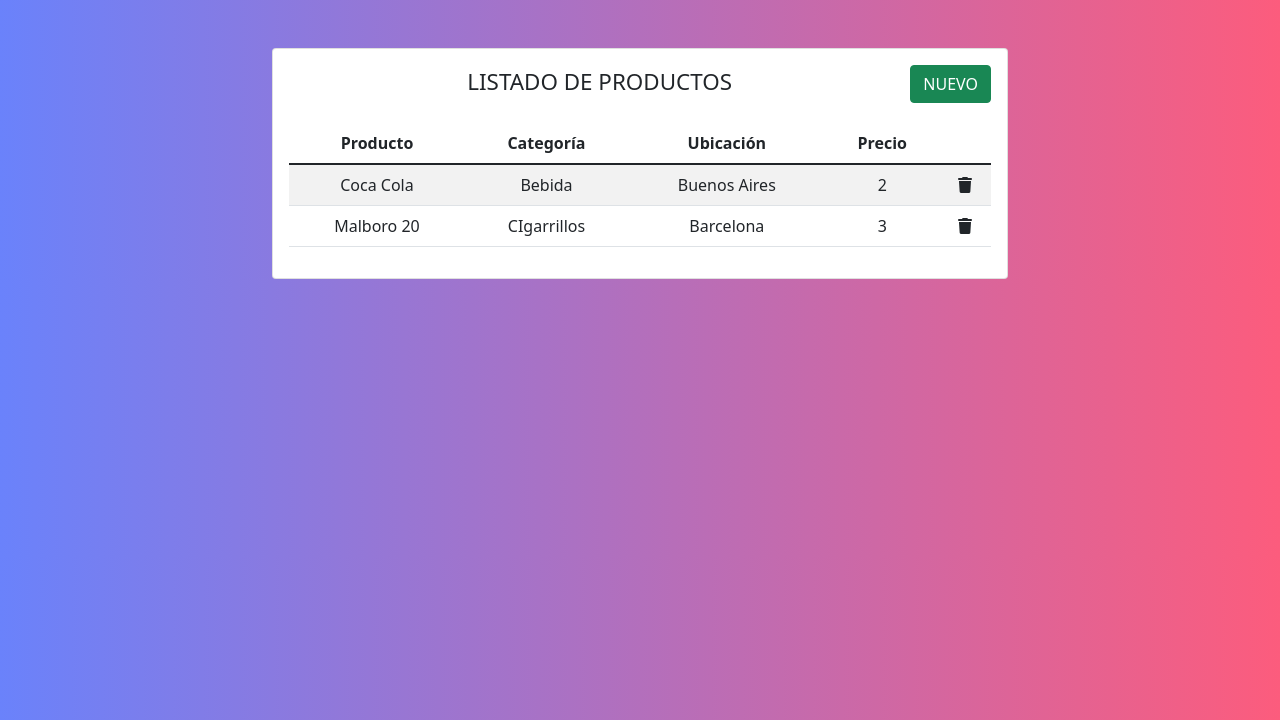
Repository: vivianaleivagalvez/crud_angular
Page: /
These files come from the project's save history. The page is drawn as it stood at one moment and after the next save; the edit follows.
The browser window is 1280 px wide. The pictures show the whole page.
The project was rebuilt for these pictures with package versions that can differ from the ones it lists, and the page was loaded fresh each time. Also part of the build but not shown: angular.json.

Above is the page before, as saved 2022-01-27 00:16:12.

After the next save:
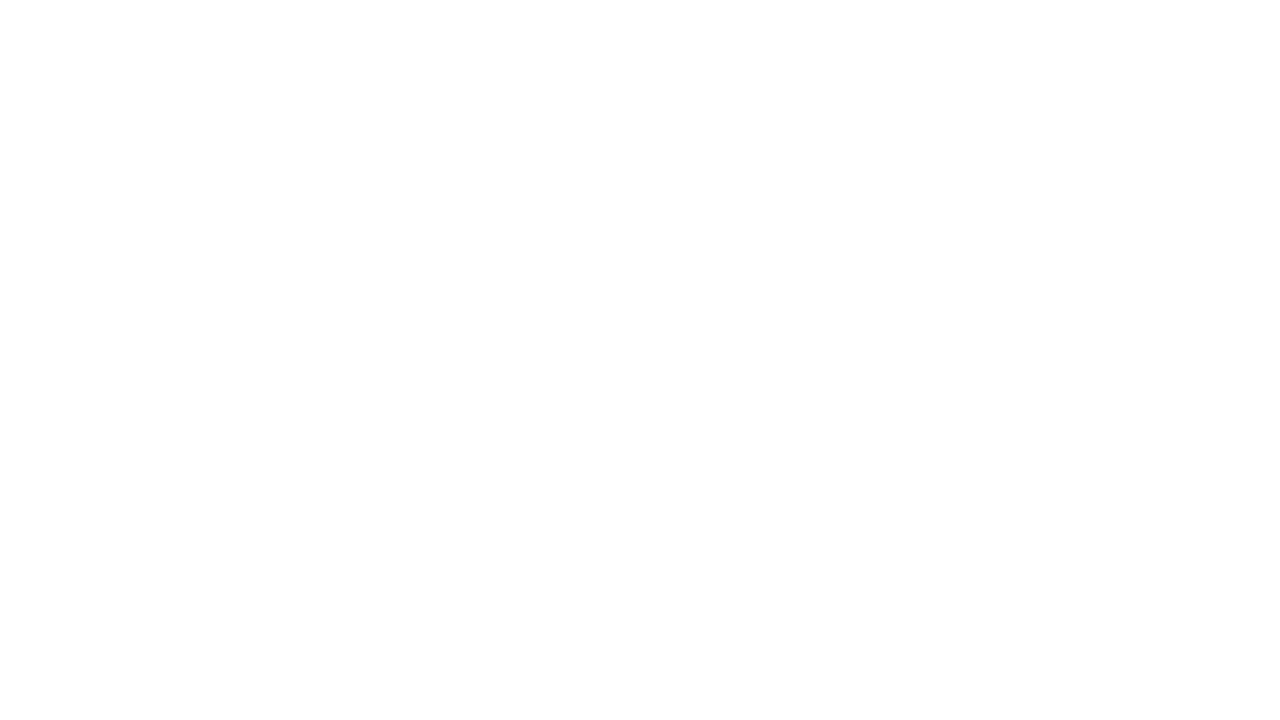
Saved 56 s later.
--- a/src/app/components/listar-productos/listar-productos.component.html
+++ b/src/app/components/listar-productos/listar-productos.component.html
@@ -21,14 +21,16 @@
                 <td>Bebida</td>
                 <td>Buenos Aires</td>
                 <td>2</td>
-                <td><i class="fas fa-trash"></i></td>
+                <td><i class="fas fa-trash"></i
+                  <i class="fas fa-edit"></i>></td>
               </tr>
               <tr>
                 <td>Malboro 20</td>
                 <td>CIgarrillos</td>
                 <td>Barcelona</td>
                 <td>3</td>
-                <td><i class="fas fa-trash"></i></td>
+                <td><i class="fas fa-trash"></i>
+                  <i class="fas fa-edit"></i></td>
               </tr>
               <tr>
             </tbody>

After the save that followed:
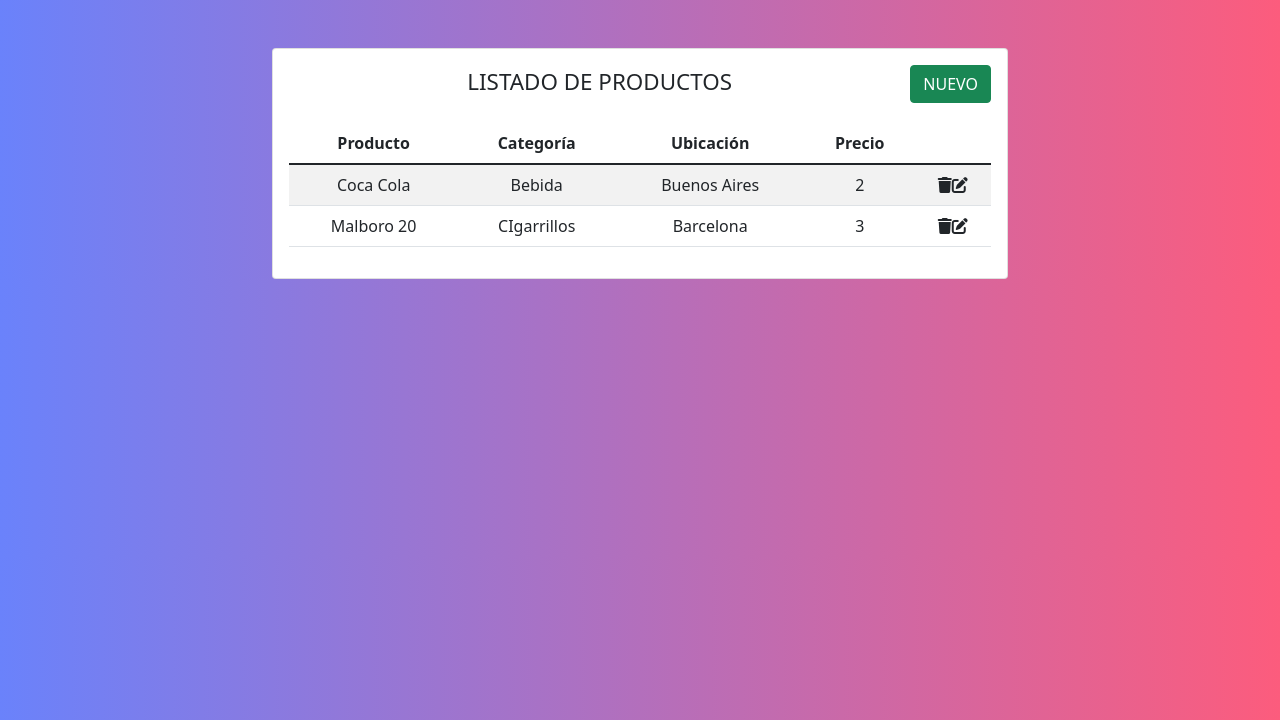
Saved 22 s later.
--- a/src/app/components/listar-productos/listar-productos.component.html
+++ b/src/app/components/listar-productos/listar-productos.component.html
@@ -21,8 +21,8 @@
                 <td>Bebida</td>
                 <td>Buenos Aires</td>
                 <td>2</td>
-                <td><i class="fas fa-trash"></i
-                  <i class="fas fa-edit"></i>></td>
+                <td><i class="fas fa-trash"></i>
+                  <i class="fas fa-edit"></i></td>
               </tr>
               <tr>
                 <td>Malboro 20</td>
@@ -30,7 +30,7 @@
                 <td>Barcelona</td>
                 <td>3</td>
                 <td><i class="fas fa-trash"></i>
-                  <i class="fas fa-edit"></i></td>
+                <i class="fas fa-edit"></i></td>
               </tr>
               <tr>
             </tbody>
